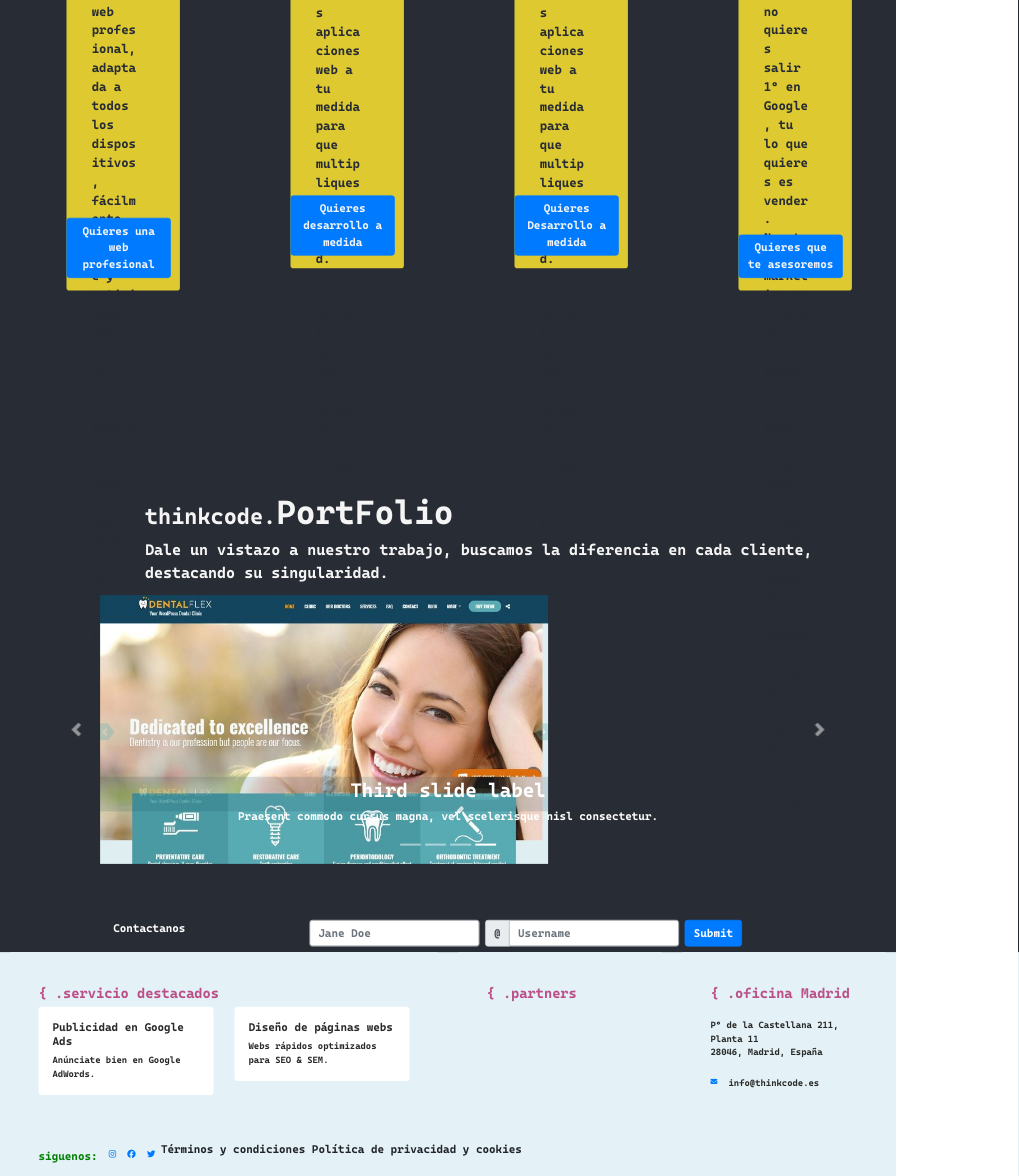
Repository: banchiec/thinkcode
Page: /
These files come from the project's save history. The page is drawn as it stood at one moment and after the next save; the edit follows.
The browser window is 1280 px wide. The page is 1455 px wide, so the pictures cover 1455 px, including what lies to the right of the window. The pictures show the part of the page from y = 1533 to 3213 px (the page is 3213 px tall), at 70% of full size.
Some web libraries are served in a nearby version. The project was rebuilt for these pictures with package versions that can differ from the ones it lists, and the page was loaded fresh each time. Also part of the build but not shown: src/components/MenuItems.js, src/components/Dropdownthink.css, src/components/Dropdownthink.js, src/components/pages/Consulting.js, src/components/pages/ContactUs.js, src/components/pages/Marketing.js, src/components/pages/Products.js, src/components/pages/Services.js and 1 more. Imported but missing from the stored project, and not drawn on this page: src/components/sliderInfo/SliderInfo.

Above is the page before, as saved 2020-11-30 14:16:37.

### public/index.html
<!DOCTYPE html>
<html lang="en">
  <head>
    <meta charset="utf-8" />
    <link rel="icon" href="%PUBLIC_URL%/favicon.ico" />
    <meta name="viewport" content="width=device-width, initial-scale=1" />
    <meta name="theme-color" content="#000000" />
    <meta
      name="description"
      content="Web site created using create-react-app"
    />
    <link rel="apple-touch-icon" href="%PUBLIC_URL%/logo192.png" />

    <!-- fontawesome -->
    <script src="https://kit.fontawesome.com/e7a02c1b14.js" crossorigin="anonymous"></script>
    <!-- jquery -->
    <script src="https://code.jquery.com/jquery-2-2.0.min.js"></script>
    <!--
      manifest.json provides metadata used when your web app is installed on a
      user's mobile device or desktop. See https://developers.google.com/web/fundamentals/web-app-manifest/
    -->
    <link rel="manifest" href="%PUBLIC_URL%/manifest.json" />
    <!--
      Notice the use of %PUBLIC_URL% in the tags above.
      It will be replaced with the URL of the `public` folder during the build.
      Only files inside the `public` folder can be referenced from the HTML.

      Unlike "/favicon.ico" or "favicon.ico", "%PUBLIC_URL%/favicon.ico" will
      work correctly both with client-side routing and a non-root public URL.
      Learn how to configure a non-root public URL by running `npm run build`.
    -->
    <title>React App</title>
  </head>
  <body>
    <noscript>You need to enable JavaScript to run this app.</noscript>
    <div id="root"></div>
    <!--
      This HTML file is a template.
      If you open it directly in the browser, you will see an empty page.

      You can add webfonts, meta tags, or analytics to this file.
      The build step will place the bundled scripts into the <body> tag.

      To begin the development, run `npm start` or `yarn start`.
      To create a production bundle, use `npm run build` or `yarn build`.
    -->


  </body>
</html>

### src/index.css
body {
  margin: 0;
  font-family: -apple-system, BlinkMacSystemFont, 'Segoe UI', 'Roboto', 'Oxygen',
    'Ubuntu', 'Cantarell', 'Fira Sans', 'Droid Sans', 'Helvetica Neue',
    sans-serif;
  -webkit-font-smoothing: antialiased;
  -moz-osx-font-smoothing: grayscale;
}

code {
  font-family: source-code-pro, Menlo, Monaco, Consolas, 'Courier New',
    monospace;
}
@font-face{
  font-family: 'CascadiaCode-Bold';
  src: local('CascadiaCode-Bold'), url(./fonts/CascadiaCode-Bold.ttf)
}

### src/App.js
import './App.css';
// import logo_thinkcode from './logo_thinkcode.png'
import React, {} from 'react'
import 'animate.css'
import Navbarthink from './components/Navbarthink'
import InfoSection from './components/infoSection/InfoSection'
import Pricing from './components/pricing/Pricing'
import Footer from './components/footer/Footer'
import Slide from './components/slide/Slide'
import FormContact from './components/forms/FormContact'
import {BrowserRouter as Router, Switch, Route} from 'react-router-dom'


// import Button  from 'react-bootstrap/Button'
// import 'bootstrap/dist/css/bootstrap.min.css'

// import {Navbar,Button, Nav , NavLink} from 'react-bootstrap'

import Consulting from './components/pages/Consulting'
import ContactUs from './components/pages/ContactUs'
import Home from './components/pages/Home'
import Marketing from './components/pages/Marketing'
import Products from './components/pages/Products'
import Services from './components/pages/Services'
import SignUp from './components/pages/SignUp'
// import InfoSection from './components/infoSection/InfoSection';

function App() {

  // const [click, setClick] = useState(false)
  // const [dropdown, setDropdown] = useState(false)




  return (
    <div className="App">
      <Router>
        <Navbarthink/>
        <Switch>
          <Route path='/consulting' exact component ={Consulting}></Route>
          <Route path='/contact-us' exact component ={ContactUs}></Route>
          <Route path='/' exact component ={Home}></Route>
          <Route path='/marketing' exact component ={Marketing}></Route>
          <Route path='/products' exact component ={Products}></Route>
          <Route path='/services' exact component ={Services}></Route>
          <Route path='/sign-up' exact component ={SignUp}></Route>
        </Switch>
        <InfoSection></InfoSection>
        <Pricing></Pricing>
        <Slide/>
        <FormContact></FormContact>
        <Footer/>
      </Router>

    </div>
  );
}

export default App;

### src/App.css
*{
  box-sizing: border-box;
  margin: 0;
  padding: 0;
  font-family: CascadiaCode-Bold;
  /* background: #282c34 ; */
  /* background: linear-gradient(90deg, rgb(76, 80, 88) 100%, rgb(8, 8, 9) 0%); */
}

.App {
  text-align: center;
  background: #282c34 ;
}

.App-logo {
  height: 40vmin;
  pointer-events: none;
}

.home, .services, .products,.contact-us,.sign-up, .marketing, .consulting{
  display: flex;
  height: 90vh;
  align-items: center;
  justify-content: center;
  font-size: 3rem;
}





@media (prefers-reduced-motion: no-preference) {
  .App-logo {
    animation: App-logo-spin infinite 20s linear;
  }
}

.App-header {
  background-color: #282c34;
  min-height: 100vh;
  display: flex;
  flex-direction: column;
  align-items: center;
  justify-content: center;
  font-size: calc(10px + 2vmin);
  color: white;
}

.App-link {
  color: #61dafb;
}

@keyframes App-logo-spin {
  from {
    transform: rotate(0deg);
  }
  to {
    transform: rotate(360deg);
  }
}

### src/components/Navbarthink.js
import React, { useState} from 'react'
import logo_thinkcode from '../images/logo_thinkcode.png'
// import logo_thinkcode from '../images/logo_thinkcode.png'
import { Buttonthink} from './Buttonthink'
import {Link} from 'react-router-dom'
import './Navbarthink.css'
import Dropdownthink from './Dropdownthink'

export default function Navbarthink(){
    const [click, setClick] = useState(false)
    const [dropdown, setDropdown] = useState(false)

    const handleClick = () => setClick(!click)
    const closeMobileMenu = () => setClick(false)

    const onMouseEnter = () =>{
        if(window.innerWidth < 960) {
        setDropdown(false)
        } else {
        setDropdown(true)
        }
    }
    const onMouseLeave = () =>{
        if(window.innerWidth < 960) {
        setDropdown(false)
        } else {
        setDropdown(false)
        }
    }

    return(
        <>
            <nav className="navbarthink">
                <Link to='/' className="navbar-logo">
                    {/* thinkcode */}
                    <img alt="" src={logo_thinkcode} width="300" height="40"></img>
                </Link>
                <div className='menu-icon' onClick={handleClick}>
                    <i className={click ? 'fas fa-times' : 'fas fa-bars'}
                    />
                </div>
                <ul className={ click ? 'nav-menu active' : 'nav-menu'}>

                    <li className='nav-item'>
                        <Link to='/' className='nav-links' onClick={closeMobileMenu}>
                            Home
                        </Link>
                    </li>
                    <li className='nav-item'
                        onMouseEnter={onMouseEnter}
                        onMouseLeave={onMouseLeave}
                        // onClick={handleClick}
                        >
                        <Link to='/services' className='nav-links' onClick={closeMobileMenu}>
                           Services
                           <i className='fas fa-caret-down' />
                        </Link>
                        {dropdown && <Dropdownthink/>}
                    </li>
                    <li className='nav-item'>
                        <Link to='/products' className='nav-links' onClick={closeMobileMenu}>
                            Products
                        </Link>
                    </li>
                    <li className='nav-item'>
                        <Link to='/contact-us' className='nav-links' onClick={closeMobileMenu}>
                           Contact Us
                        </Link>
                    </li>
                    <li className='nav-item'>
                        <Link to='/sign-up' className='nav-links-mobile' onClick={closeMobileMenu}>
                           Sign up
                        </Link>
                    </li>

                </ul>
                <Buttonthink />
            </nav>
        </>
    )

}

### src/components/infoSection/InfoSection.js
import React from 'react'
// import {AlltextInfoSection} from './AlltextInfoSection'
import imagensvg3 from '../../images/imagensvg3.svg'
import 'bootstrap/dist/css/bootstrap.min.css'
import './infoSection.css'
import {Col, Container,Row,} from 'react-bootstrap'

export default function InfoSection() {

    return (
            <Container fluid  className="content-infoSection">
                <Row>
                    {
                        // AlltextInfoSection.map((item,index) => {
                        //     return (
                        //         <Row>
                        //         <Col  md={6} lg={6} >
                        //             {/* <h1 key={index}>{item.firstTitle}</h1> */}
                        //             <div className="content-text-infoSection">
                        //                 <h2 >{item.firstTitle}<span className="text-title-infoSection animate__animated animate__fadeInLeft animate__delay-1s">{item.secundTitle}</span></h2>
                        //                 <p className="text-infoSection">{item.text}</p>
                        //             </div>
                        //         </Col>
                        //         <Col  md={6} lg={6}  >
                        //             <img  className="imagensvg-infoSection" alt="" src={imagensvg3}></img>
                        //         </Col>
                        //         </Row>
                        //     )
                        // })
                    }

                    <Col  md={6} lg={6} >
                        <div className="content-text-infoSection">
                            <h2 >thinkcode.<span className="text-title-infoSection animate__animated animate__fadeInLeft animate__delay-1s">developers</span></h2>
                            <p className="text-infoSection">Diseño y desarrollo de aplicaciones y páginas web para tu negocio o proyecto.
                            Disfrutamos mucho con lo que hacemos, compruébalo.</p>
                        </div>
                    </Col>
                    <Col  md={6} lg={6}  >
                        <img  className="imagensvg-infoSection" alt="" src={imagensvg3}></img>
                    </Col>

                </Row>

            </Container >
            // <Container fluid  className="content-infoSection">
            //     <Row>
            //         <Col  md={6} lg={6} >
            //             <div className="content-text-infoSection">
            //                 <h2 >thinkcode.<span className="text-title-infoSection animate__animated animate__fadeInLeft animate__delay-1s">developers</span></h2>
            //                 <p className="text-infoSection">Diseño y desarrollo de aplicaciones y páginas web para tu negocio o proyecto.
            //                 Disfrutamos mucho con lo que hacemos, compruébalo.</p>
            //             </div>
            //         </Col>
            //         <Col  md={6} lg={6}  >
            //             <img  className="imagensvg-infoSection" alt="" src={imagensvg3}></img>
            //         </Col>

            //     </Row>

            // </Container >
    )
}

### src/components/forms/FormContact.js
import React from 'react'
import { Container, Col, Row, Form, InputGroup,Button, FormControl } from 'react-bootstrap'

export default function FormContact() {
    return (
        <div>
            <Container fluid>
                <Row>
                    <Col md={4}>
                        <div className="text-contactanos text-white">
                            Contactanos
                        </div>
                    </Col>
                    <Col  className ="container-form" md={8}>
                        <Form inline>
                            <Form.Label htmlFor="inlineFormInputName2" srOnly>
                                Name
                            </Form.Label>
                            <Form.Control
                                className="mb-2 mr-sm-2"
                                id="inlineFormInputName2"
                                placeholder="Jane Doe"
                            />
                            <Form.Label htmlFor="inlineFormInputGroupUsername2" srOnly>
                                Username
                            </Form.Label>
                            <InputGroup className="mb-2 mr-sm-2">
                                <InputGroup.Prepend>
                                <InputGroup.Text>@</InputGroup.Text>
                                </InputGroup.Prepend>
                                <FormControl id="inlineFormInputGroupUsername2" placeholder="Username" />
                            </InputGroup>
                            <Button type="submit" className="mb-2">
                                Submit
                            </Button>
                        </Form>
                    </Col>
                </Row>

            </Container>

        </div>
    )
}

### src/components/pages/Home.js
import React,{useEffect} from 'react'
import '../sliderInfo/SliderInfo'

export default function Home() {

    useEffect(()=>{
    })
    return (
        <div>
            {/* <InfoSection></InfoSection> */}
            {/* <Pricing></Pricing> */}
            {/* <Slide/> */}
            {/* <Footer/> */}

           {/* <h1 className='consulting' >Thinkcode</h1> */}
        </div>
    )
}

### src/components/Buttonthink.js
import React  from 'react'
import './Buttonthink.css'
import {Link} from 'react-router-dom'

export function Buttonthink() {
        return (
            <Link to ='sing-up'>
               <button className='btnthink'>Sign think </button>
            </Link>
        )
}

### src/components/Navbarthink.css
.navbarthink{
  /* background: linear-gradient(9deg, rgb(66, 80, 88) 0%, rgb(8, 8, 9) 100%); */
  background: #282c34;

  height: 80px;
  display: flex;
  justify-content: center;
  align-items: center;
  font-size: 1.2rem;
}

.navbar-logo {
  color: #fff;
  justify-self: start;
  margin-left: 40px;
  cursor: pointer;
  text-decoration: none;
}

.fa-firstdraft {
  margin-left: 0.5rem;
  font-size: 1.6rem;
}

.nav-menu {
  display: grid;
  grid-template-columns: repeat(5, auto);
  grid-gap: 10px;
  list-style: none;
  text-align: center;
  width: 70vw;
  justify-content: end;
  margin-right: 2rem;
}

.nav-item {
  display: flex;
  align-items: center;
  height: 80px;
}

.nav-links {
  color: white;
  text-decoration: none;
  padding: 0.5rem 1rem;
}

.nav-links:hover {
  background-color: #1888ff;
  border-radius: 4px;
  transition: all 0.2s ease-out;
}

.fa-bars {
  color: #fff;
}

.nav-links-mobile {
  display: none;
}

.menu-icon {
  display: none;
}

@media screen and (max-width: 960px) {
  /* .text-propuesta {
    margin-top: 12rem;
  } */

  .fa-caret-down {
    display: none;
  }
  .NavbarItems {
    position: relative;
  }

  .nav-menu {
    display: flex;
    flex-direction: column;
    width: 100%;
    height: 90vh;
    position: absolute;
    top: 80px;
    left: -100%;
    opacity: 1;
    transition: all 0.9s ease;
  }

  .nav-menu.active {
    background: #2a2c30;
    left: 0;
    opacity: 1;
    transition: all 0.5s ease;
    z-index: 1;
  }

  .nav-links {
    text-align: center;
    padding: 2rem;
    width: 100%;
    display: table;
  }

  .nav-links:hover {
    background-color: #1888ff;
    border-radius: 0;
  }

  .navbar-logo {
    position: absolute;
    top: 0;
    left: 0;
    transform: translate(25%, 50%);
  }

  .menu-icon {
    display: block;
    position: absolute;
    top: 0;
    right: 0;
    transform: translate(-100%, 60%);
    font-size: 1.8rem;
    cursor: pointer;
  }

  .fa-times {
    color: #fff;
    font-size: 2rem;
  }

  .nav-links-mobile {
    display: block;
    text-align: center;
    padding: 1.5rem;
    margin: 2rem auto;
    border-radius: 4px;
    width: 80%;
    background: #1888ff;
    text-decoration: none;
    color: #fff;
    font-size: 1.5rem;
  }

  .nav-links-mobile:hover {
    background: #fff;
    color: #1888ff;
    transition: 250ms;
  }

  button {
    display: none;
  }
}

### src/components/infoSection/infoSection.css
.content-infoSection {
    /* padding: 0; */
    margin-top: 150px;
    background: #282c34 ;
    height: 700px;
    /* border: 1px solid rebeccapurple; */
}
.content-text-infoSection {
    margin-left: 12rem;
    margin-top: 8rem;
    text-align: start;
    /* border: 0; */
    /* padding: 0; */
    /* border: 1px solid whitesmoke; */
    color: whitesmoke;
}
.imagensvg-infoSection {
    padding: 0;
    /* border-right: 5px; */
    width: 800px;

}
.text-title-infoSection{
    font-size: 3rem;
    /* size: 12px; */
}
.text-infoSection {
    font-size: 22px;
}
@media screen and (max-width: 960px) {
    .content-infoSection {
        margin-top: 0px;
    }
    .text-infoSection{
        margin-top: 3rem;
        margin-left: 1rem;
        margin-right: 1rem;
    }
    .imagensvg-infoSection{
        margin-top: 5rem;
        width: 500px;
    }
    .content-text-infoSection {
        margin-left: 1rem;
    }
    .text-propuesta {
        margin-top: 15rem;
    }

}

### src/components/pricing/Pricing.css
.container-pricing {
    /* background-color: whitesmoke; */
    /* border: 1px solid white; */
    /* height:  800px; */
    background: linear-gradient(90deg, rgb(76, 80, 88) 100%, rgb(66, 66 66) 0%);
    /* z-index: -1; */
}
.container-card{
    padding-top: 4rem;
    align-content: center;
    padding: auto;
    text-align: start;
    /* height: 600px; */
    /* background-color: violet; */
    /* color: transparent; */
}
.card-pricing {
    /* width: 34rem; */
    margin-left: 5rem;
    background: #deca30;
    /* background: #3b4454; */
    /* background: linear-gradient(90deg, rgb(224, 242, 241) 0%, rgb(255, 255, 255) 100%); */
    margin-right: 3rem;
    height: 52rem;
}
.card-left {
    margin-top: 4rem;
}
.card-right {
    margin-top: 4rem;
}
.card-button {
    /* margin-top: 3rem; */
    /* margin-left: 13rem; */
    position: absolute;
    right: 13px;
    bottom: 18px;
    color: whitesmoke;
}
.text-card {
    padding-top: 1.5rem;
    padding-left: 1rem;
    padding-right: 2.5rem;
    color: #282c34;
    font-size: 18px;
}
.image-pricing {
    height: 15rem;
    width: 80%;
    align-self: center;
}
.title-card {
    /* padding-top: 0.2rem; */
    padding-left: 1rem;
    color: #282c34;
    font-size: 28px;
}
.text-propuesta {
    margin: 0 0.5rem;
    animation: bounce;
    animation-duration: 2s;
    color: whitesmoke;
    font-size: 3rem;
}

@media screen and (max-width: 960px){
    .text-propuesta{
        margin-top: 12rem;
    }
}

### src/components/footer/Footer.css
.container-footer {
    border: 0;
    /* padding: 0; */
    /* border: 1px solid green; */
    height: auto;
    background: #e4f1f7;
}
.card{
    /* padding-bottom: 22px; */
    border: 0;
    /* background: white; */
    text-align: left;
    font-size: small;
    width: auto;
    /* background: #deca30; */
}
.card-footer {
    padding-top: 10px;
    padding-bottom: 22px;
    border: 0;
    color: #282a28;
    background: #e4f1f7;
}
.text-card-footer  {
    padding: 0;
    margin-top: 1.5rem;
    font-size: small;
    text-align: start;
}
.title-footer{
    text-align: left;
    font-size: medium;
}
.title-card-footer {
    margin-top: 1rem;
    text-align: left;
    color: #bc4f88;
}
.pin-ic{
    margin-top: 12px;
    margin: 8px;
    position:center;
}

.pin-ic-enveloped{
    margin-top: 12px;
    /* margin: 8px; */
    margin-right: 1rem;
    position:center;
}
.iconos-redes-sociales{
    position: relative;
    margin-left: 2.5rem;
}
.text-siguenos{
    margin-top: 10px;
    margin-right: 8px;
    color: green;

}

### src/components/slide/Slide.css
.container-slider {
    margin-top: 10rem;
    border-top: 5rem;
    margin-bottom: 5rem;
}
.d-block {
    margin-left: 8rem;
    width: 40rem;
    height: 24rem;
    /* border:1px solid green; */
}

.container-secundary-slider .d-block {
    width: 20rem;
    height: 12rem;
    margin-left: 2rem;


}
.carousel-large {
    width: 100%;
}
@media screen and (max-width: 960px) {
    .d-block {
        margin-left: auto;
    }

}

### src/components/Buttonthink.css
:root{
    --primary: #1888ff;
}
.btnthink{
    padding: 8px 20px;
    border-radius: 4px;
    outline: none;
    border: none;
    font-size: 18px;
    color: #fff;
    cursor: pointer;
    background-color: var(--primary);
}
.btnthink:hover {
    padding: 6px 18px;
    transition: all 1.5s ease-out;
    background-color: transparent;
    color: #2a2a2a;
    border-radius: 4px;
    border: 2px solid var(--primary)
}

Loaded but not shown: src/index.js (common file); src/components/footer/Footer.js (102 lines, source omitted); src/components/pricing/Pricing.js (84 lines, source omitted); src/components/slide/Slide.js (84 lines, source omitted)

After the next save:
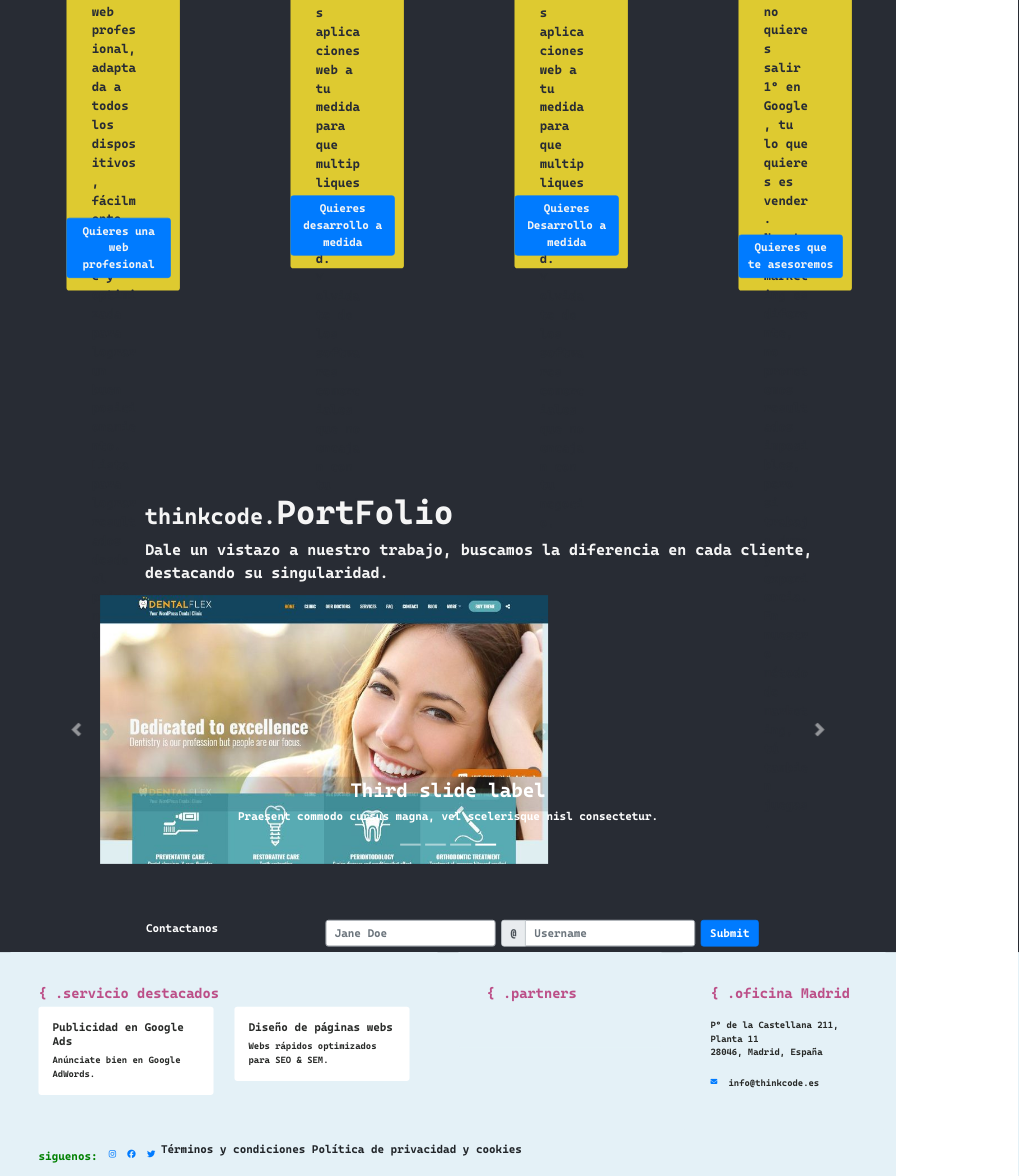
Saved 51 s later.
--- a/src/components/forms/FormContact.js
+++ b/src/components/forms/FormContact.js
@@ -4,7 +4,7 @@ import { Container, Col, Row, Form, InputGroup,Button, FormControl } from 'react
 export default function FormContact() {
     return (
         <div>
-            <Container fluid>
+            <Container >
                 <Row>
                     <Col md={4}>
                         <div className="text-contactanos text-white">
